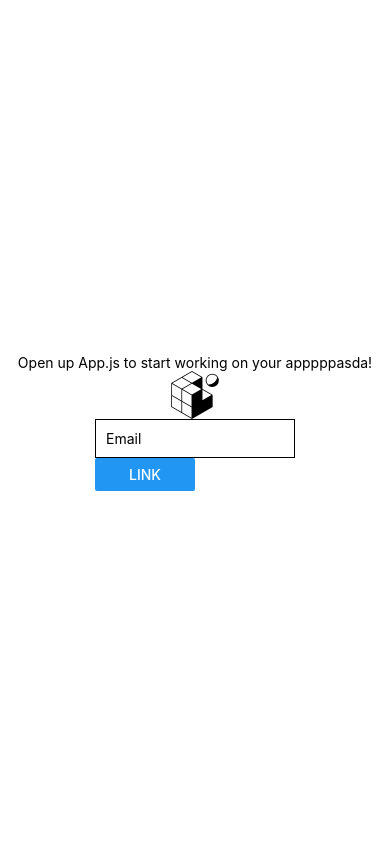
Repository: ntu34543/ReactNativeAndroid
Screen: /
These files come from the project's save history. The screen is drawn as it stood at one moment and after a run of saves; the edit follows.
The app was drawn by React Native's web renderer in a window 390 px wide. The project was rebuilt for these pictures with package versions that can differ from the ones it lists, and the page was loaded fresh each time.

Above is the screen before, as saved 2022-09-23 16:29:04.

After the next 2 saves:
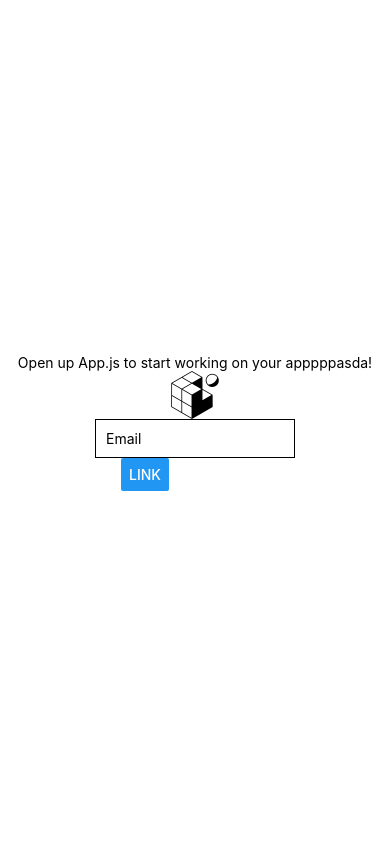
The 2 saves are shown as one change because they came seconds apart.
The last was saved 7 s later.
--- a/App.js
+++ b/App.js
@@ -33,6 +33,6 @@
   },
   btn: {
     width: 100,
-    justifyContent: "center",
+    alignItems: "center",
   },
 });

After the 2 saves that followed:
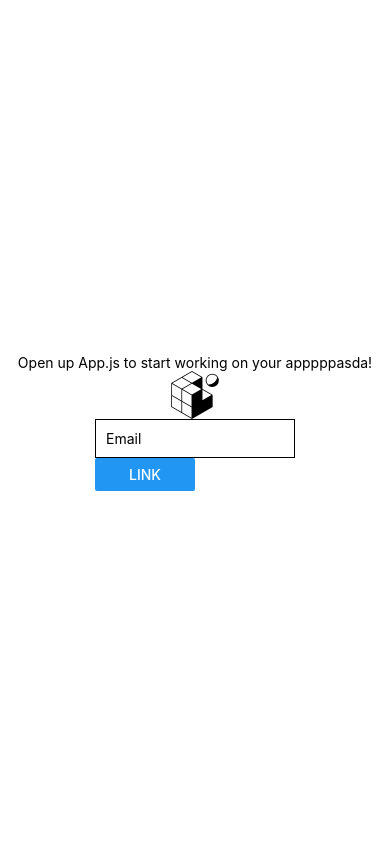
The 2 saves are shown as one change because they came seconds apart.
The last was saved 6 s later.
--- a/App.js
+++ b/App.js
@@ -33,6 +33,6 @@
   },
   btn: {
     width: 100,
-    alignItems: "center",
+    textAlign: "center",
   },
 });
